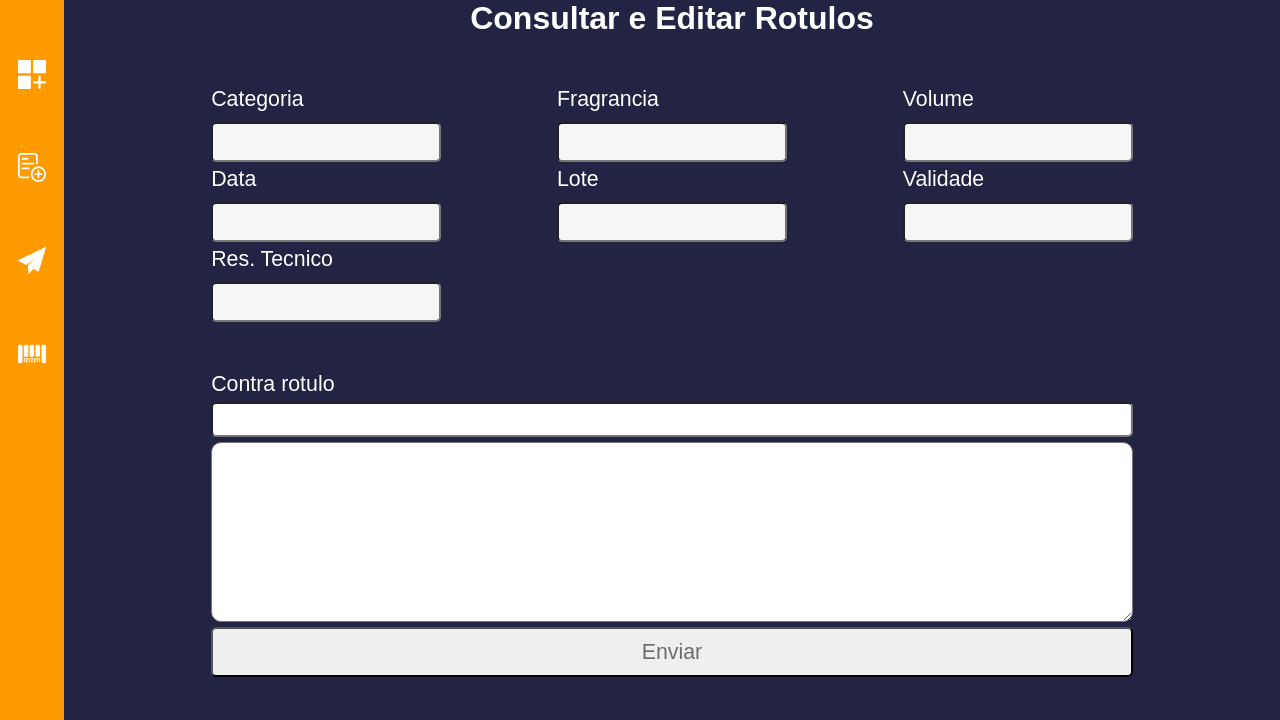
Repository: jeanjanrley/Organizador-de-rotulos
Page: /consultar
The author's editor kept a copy of each file at every save. The page is drawn from the files as they stood at one save, then again after the next save.
The browser window is 1280 px wide. The pictures show the whole page.
The project was rebuilt for these pictures with package versions that can differ from the ones it lists, and the page was loaded fresh each time. Also part of the build but not shown: src/pages/home/Home.js.

Above is the page before, as saved 2021-06-26 15:48:04.

### src/index.js
import React from 'react';
import ReactDOM from 'react-dom';
import App from './App';
import reportWebVitals from './reportWebVitals';



ReactDOM.render(
  <React.StrictMode>
    <App />
  </React.StrictMode>,
  document.getElementById('root')
);
reportWebVitals();

### src/App.js
import {BrowserRouter, Route, Switch} from 'react-router-dom'
import './styles/global.scss'

import Home from './pages/home/Home'
import Consultar from './pages/consultar/index'

function App() {
  return (
    <BrowserRouter>
        <Switch>
          <Route path={'/'} exact component={Home}/>
          <Route path={'/consultar'}  component={Consultar}/>
        </Switch>
    </BrowserRouter>
  );
}

export default App;

### src/styles/global.scss
*{
    margin: 0;
    padding: 0;
    box-sizing: border-box;
    font-family: 'Poppins', sans-serif;
}

body{
    background: #232443;

}

.Page{
    display: flex;
}


h1, h2, h3, h4, h5, h6, p, span{
    color: #fff;
}

input{
    color: rgb(92, 92, 92);
}

a{
    text-decoration: none;
    color: #fff;
    font-size: 16pt;
}



main{
    display: flex;
    flex-direction: column;
    width: 95vw;
    height: 100%;
    justify-content: center;
    justify-items: center;
    align-content: center;
    align-items: center;

}

### src/pages/consultar/index.js
import React from 'react';
import Aside from '../../components/aside/index'
import Filter from '../../components/filter/index'

import '../home/styles.scss'


export default function Home(){
    return(
        <div className="Page">
            <Aside/>
            <main className="Home">

                <h1>Consultar e Editar Rotulos</h1>
                <div className="filterArea">
                    <Filter title="Categoria"/>
                    <Filter title="Fragrancia"/>
                    <Filter title="Volume"/>
                    <Filter title="Data"/>
                    <Filter title="Lote"/>
                    <Filter title="Validade"/>
                    <Filter title="Res. Tecnico"/>
                </div>

                <div className="contra-rotulo">
                    <span>Contra rotulo</span>

                    <input list="contra-rotulos" className="filter-rotulo"/>

                    <datalist id='contra-rotulos'>
                        <option value='Aromatizante - Cereja e aveia - 250 ml'/>
                    </datalist>

                    <textarea/>
                    <button onClick={() => alert('Enviado com sucesso!')} type="button">Enviar</button>
                </div>


            </main>
        </div>
    )
}

### src/components/aside/index.js
import React from 'react'
import {Link} from 'react-router-dom'
import './styles.scss'
import add from '../../assets/icons/add.svg'
import prancher from '../../assets/icons/prancher.svg'
import direct from '../../assets/icons/direct.svg'
import codigo from '../../assets/icons/codigo.svg'

export default function Aside() {
    return(
        <aside>
            <div className="add">
                    <img src={add} />
                <Link className="Link" to={'/'}>
                    N-R
                </Link>
                <Link className="Link" to={'/Consultar'}>
                    C-E
                </Link>
            </div>
            <div className="prancher">
                    <img src={prancher} />
                <Link className="Link" to={'/Home'}>
                    N-R
                </Link>
                <Link className="Link" to={'/Home'}>
                    C-E
                </Link>
            </div>
            <div className="direct">
                    <img src={direct} />
                <Link className="Link" to={'/Home'}>
                    N-R
                </Link>
                <Link className="Link" to={'/Home'}>
                    C-E
                </Link>
            </div>
            <div className="codigo">
                    <img src={codigo} />
                <Link className="Link" to={'/Home'}>
                    N-R
                </Link>
                <Link className="Link" to={'/Home'}>
                    C-E
                </Link>
            </div>
        </aside>
    )
}

### src/components/filter/index.js
import React from 'react'
import './styles.scss'

export default function(props){
    return(
        <div className="filter">
            <span>{props.title}</span>
            <input list={props.id} name={props.id} id={props.id}/>
            <datalist id={props.id}>
                <option value={props.value}/>
             </datalist>
        </div>
    )
}

### src/pages/home/styles.scss
.Home{
    gap: 50px;

    .filterArea{
        display: flex;
        flex-wrap: wrap;
        flex-direction: row;
        justify-content: space-between;
        gap: 5px;
        width: 72vw;

    }

    .contra-rotulo{
        display: flex;
        flex-direction: column;
        align-items: left;
        justify-content: left;
        gap: 5px;

        .filter-rotulo{
            width: 72vw;
            height: 35px;
            border-radius: 5px;

        }

        span {
            font-size: 16pt;
        }

        > textarea{
            width: 72vw;
            resize: vertical;
            min-height: 25vh;
            border-radius: 10px;

        }

        button{
            height: 50px;
            width: 72vw;
            border-radius: 5px;
            font-size: 16pt;
            color: #6D6D6D;
        }
    }
}

### src/components/aside/styles.scss
aside{
    padding-top: 50px;
    display: flex;
    flex-direction: column;

    align-items: center;
    justify-content: baseline;

    width: 5vw;
    height: 100vh;
    background: #FF9A00;

    > div{
        display: flex;
        flex-direction: column;
        align-items: center;
        width: 100%;
        margin-bottom: 30px;
        padding: 10px 0;
        transition: 0.5s;
        gap: 10px;



        img{
            width: 4vh;
            height: 4vh;
            margin-bottom: 2vh;
        }
        .Link{
            display: none,

        }
    }

    > div:hover{
        display: flex;
        flex-direction: column;
        align-items: center;
        width: 100%;
        margin-bottom: 40px;
        background: #CC7B00;
        padding: 10px 0;


        img{
            width: 4vh;
            height: 4vh;
            margin-bottom: 2vh;
        }
        .Link{
            display: flex;
        }
    }
}

### src/components/filter/styles.scss
.filter{
    display: flex;
    flex-direction: column;
    justify-items: left;
    gap: 10px;

    > span{
        font-size: 16pt;

    }

    > input {
        width: 230px;
        height: 40px;
        border-radius: 5px;
        background: #F6F6F6;
    }
}

Loaded but not shown: src/reportWebVitals.js (common file)

After the next save:
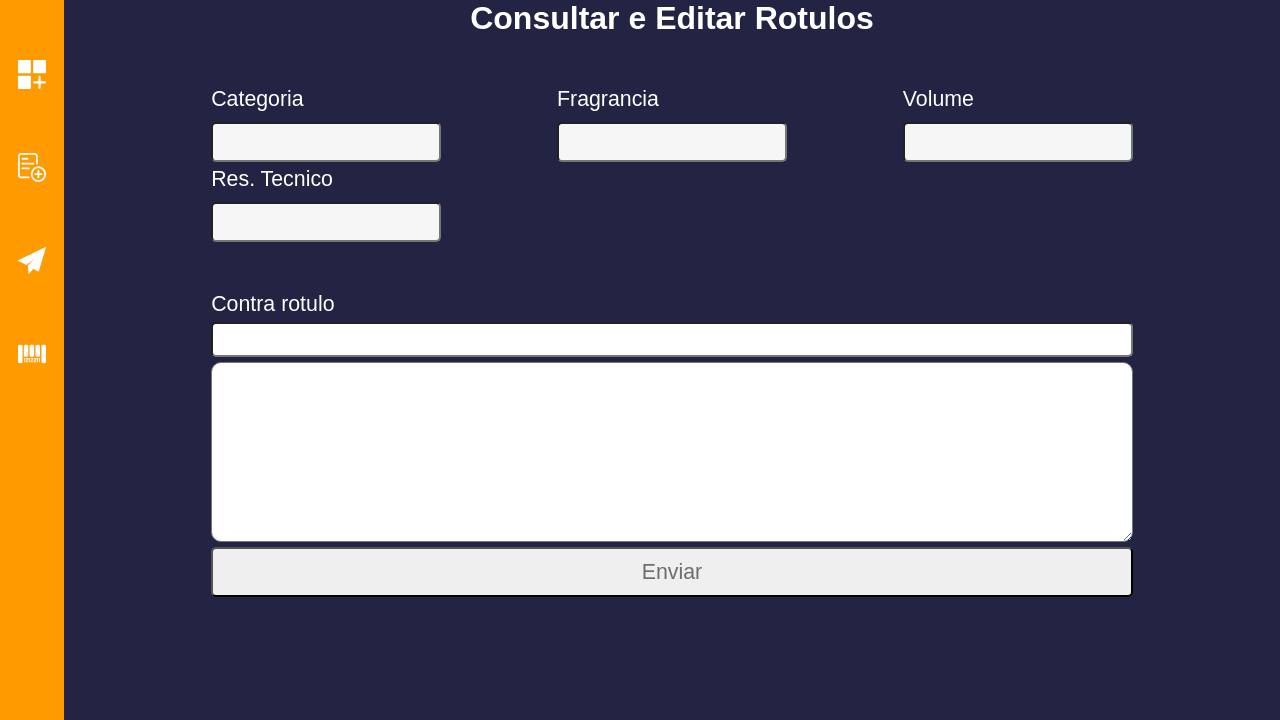
Saved 4 min 59 s later.
--- a/src/pages/consultar/index.js
+++ b/src/pages/consultar/index.js
@@ -16,9 +16,6 @@ export default function Home(){
                     <Filter title="Categoria"/>
                     <Filter title="Fragrancia"/>
                     <Filter title="Volume"/>
-                    <Filter title="Data"/>
-                    <Filter title="Lote"/>
-                    <Filter title="Validade"/>
                     <Filter title="Res. Tecnico"/>
                 </div>
 
